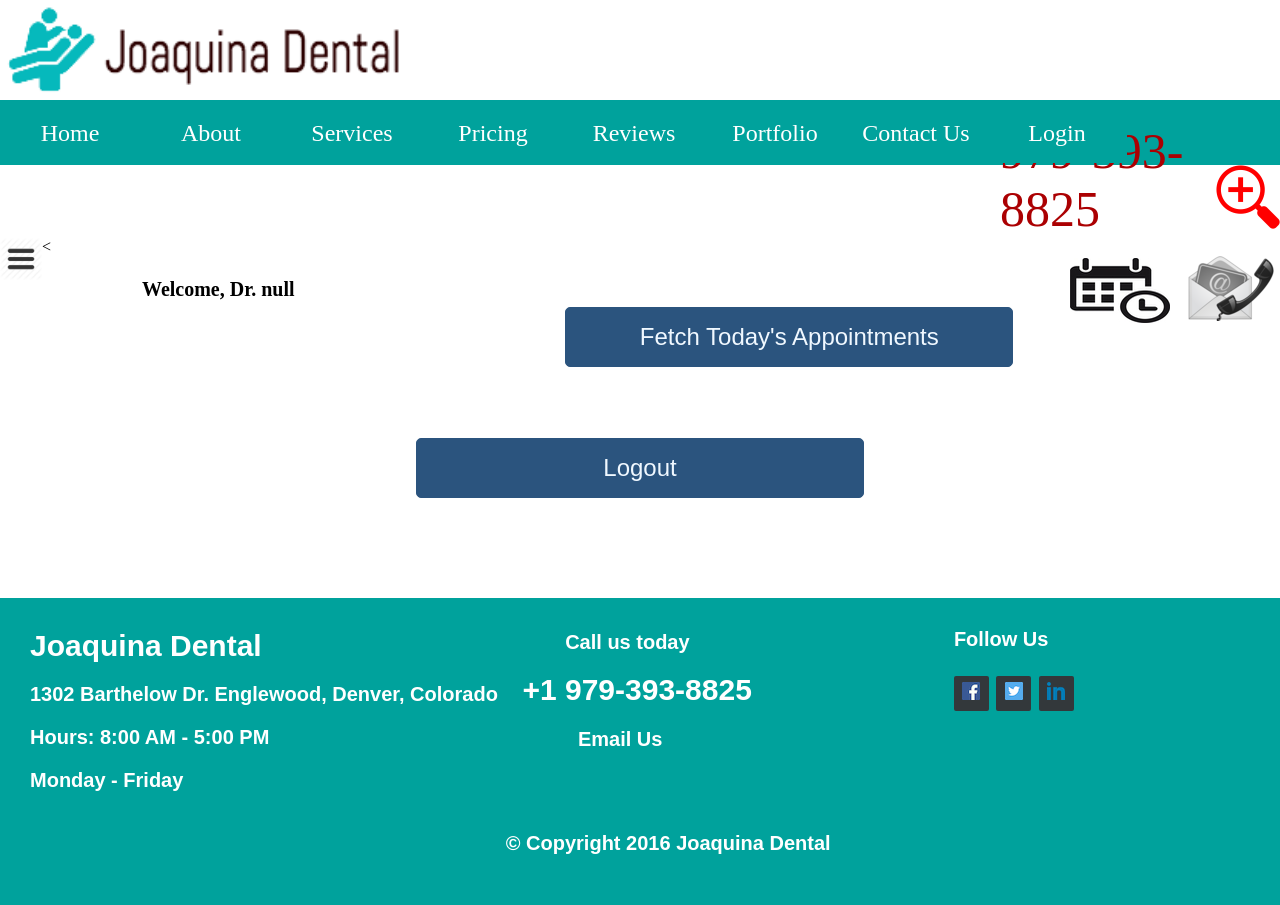
Repository: ManjushaBolishetty/test
Page: http://localhost/test/DentistHomePage.jsp
These files come from the project's save history. The page is drawn as it stood at one moment and after the next save; the edit follows.
The browser window is 1280 px wide. The pictures show the whole page.
The page is served by Tomcat 9.

Above is the page before, as saved 2016-04-03 07:51:17.

After the next save:
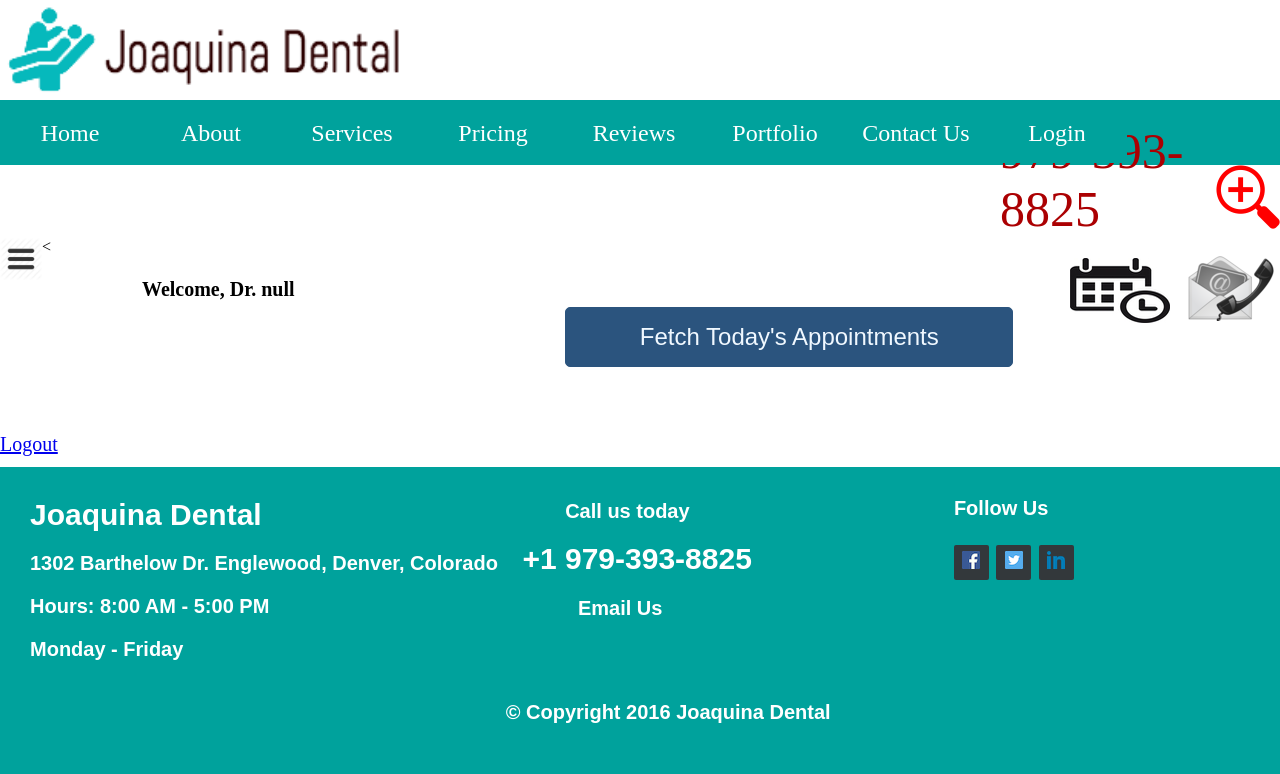
Saved 11 s later.
--- a/test/WebContent/DentistHomePage.jsp
+++ b/test/WebContent/DentistHomePage.jsp
@@ -26,9 +26,10 @@
 </div>
 
 <div class="Logoutbutton" align=left>
-  <form action="Login" method="post">
+  <!-- <form action="Login" method="post">
       <input type="submit" value="Logout" />
-  </form>
+  </form> -->
+  <a href="Login.java">Logout</a>
 </div>
   <footer class="footer-distributed">
 			<div class="footer-left">

After the save that followed:
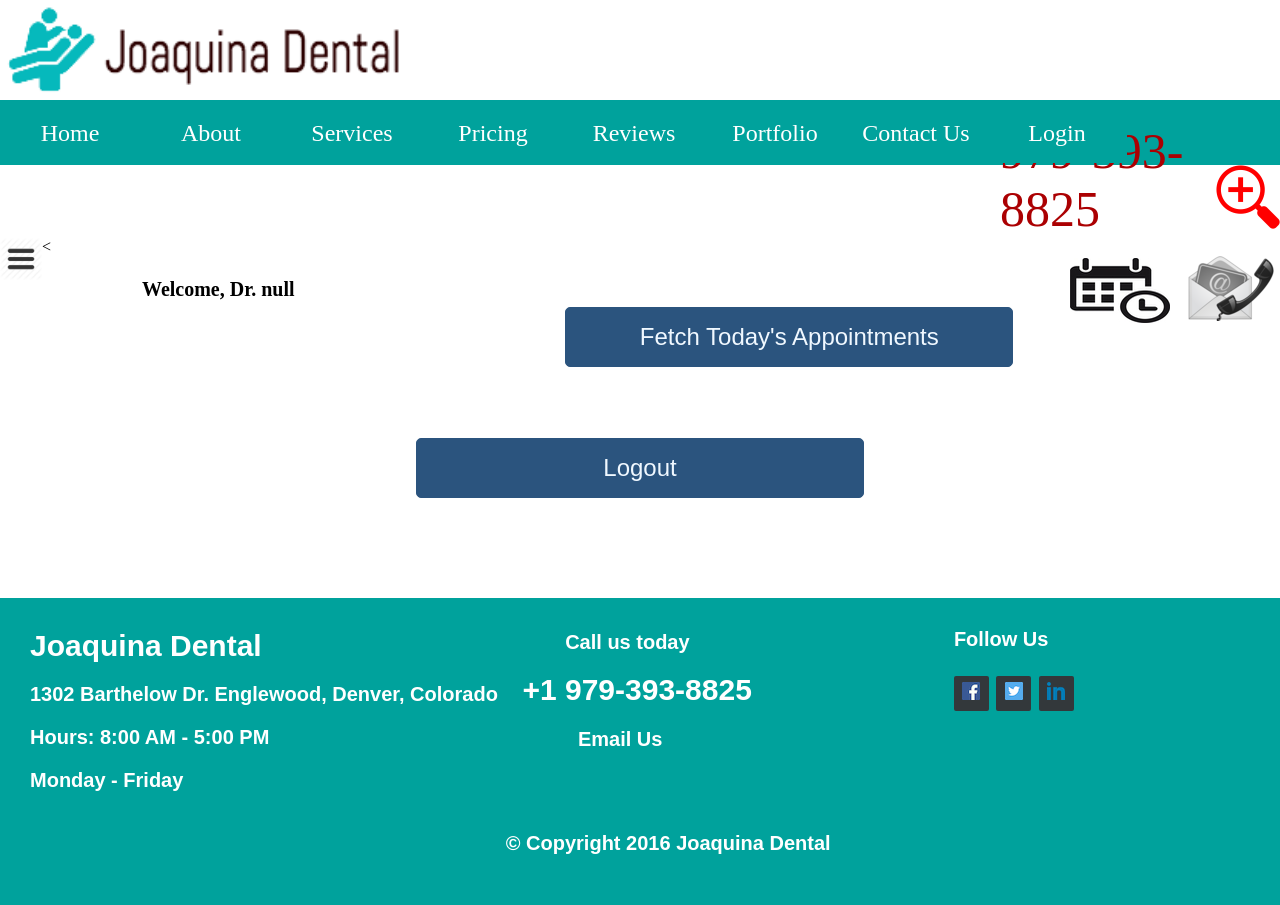
Saved 67 s later.
--- a/test/WebContent/DentistHomePage.jsp
+++ b/test/WebContent/DentistHomePage.jsp
@@ -26,10 +26,9 @@
 </div>
 
 <div class="Logoutbutton" align=left>
-  <!-- <form action="Login" method="post">
+  <form action="Login" method="post">
       <input type="submit" value="Logout" />
-  </form> -->
-  <a href="Login.java">Logout</a>
+  </form>
 </div>
   <footer class="footer-distributed">
 			<div class="footer-left">
